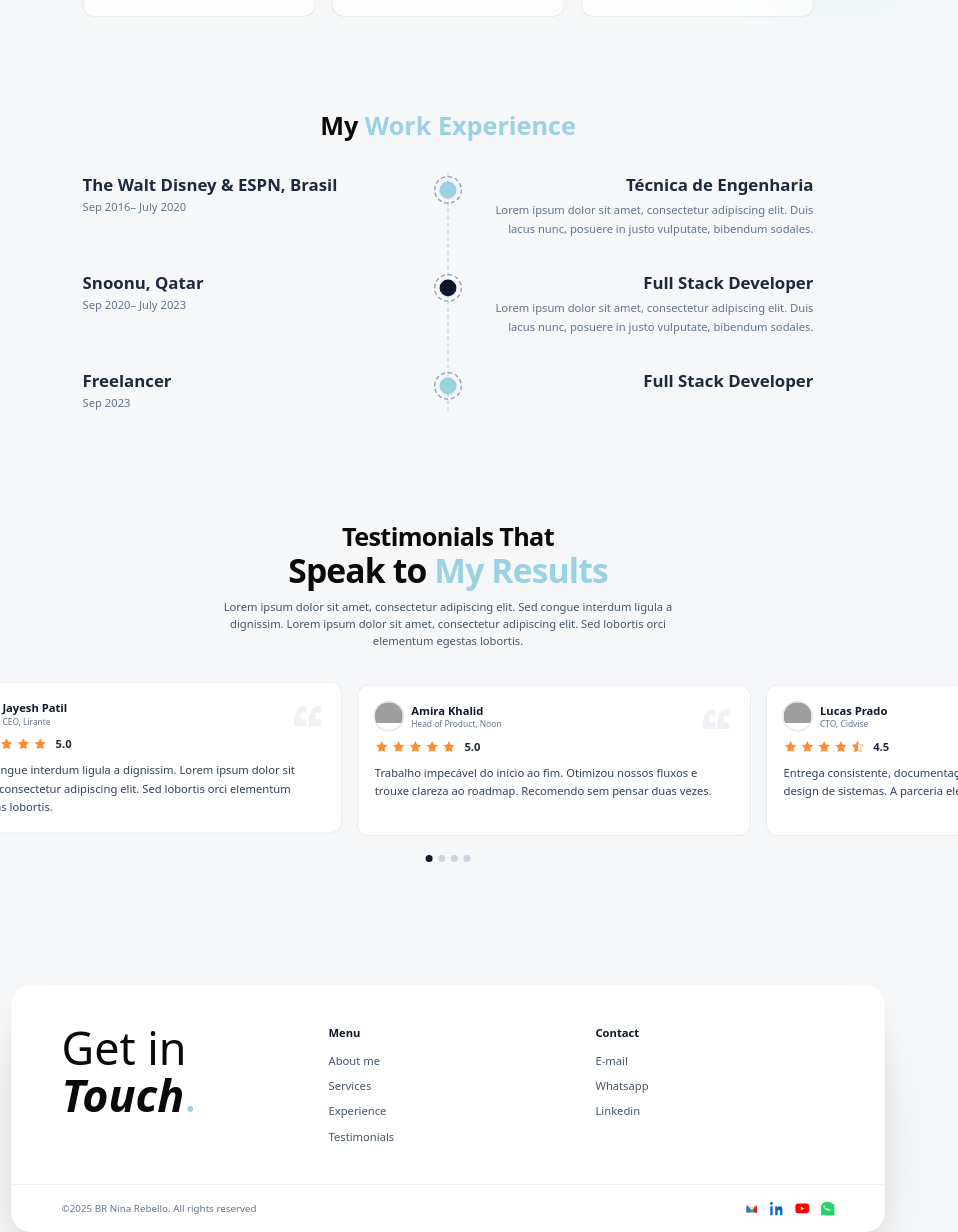
Repository: nina-rebello/portfolio
Page: /
These files come from the project's save history. The page is drawn as it stood at one moment and after the next save; the edit follows.
The browser window is 1280 px wide. The page is 1368 px wide, so the pictures cover 1368 px, including what lies to the right of the window. The pictures show the part of the page from y = 2026 to 3786 px (the page is 3786 px tall), at 70% of full size.
Pictures or frames that could not be fetched are drawn as grey boxes. The project was rebuilt for these pictures with package versions that can differ from the ones it lists, and the page was loaded fresh each time. Some packages were replaced by stand-ins written for this rebuild. The framework's server and built-in components were replaced by stand-ins that run in the browser. Also part of the build but not shown: next.config.ts.

Above is the page before, as saved 2025-09-11 19:13:10.

After the next save:
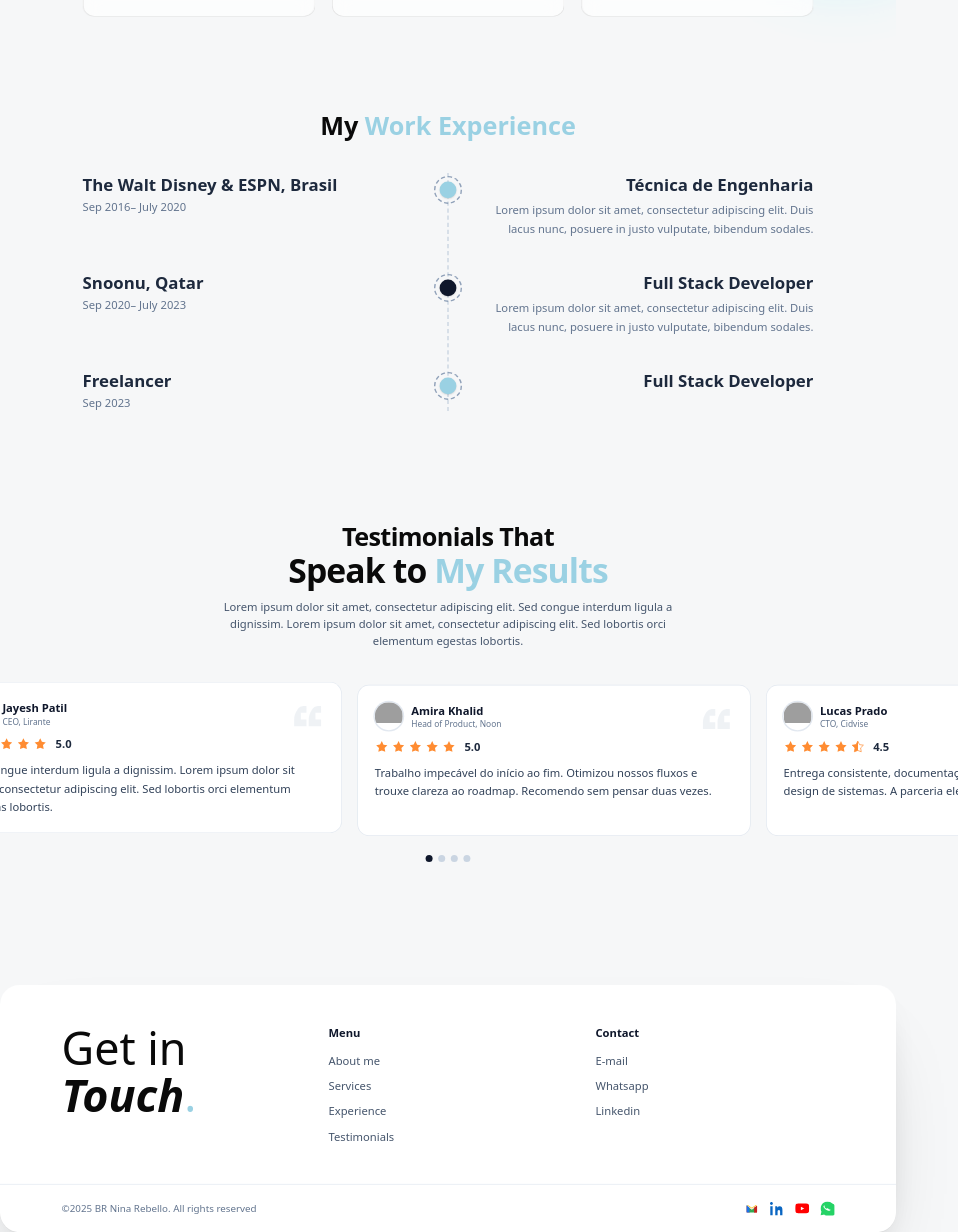
Saved 8 s later.
--- a/components/footer/Footer.tsx
+++ b/components/footer/Footer.tsx
@@ -7,7 +7,7 @@ export default function Footer() {
       <div className="pointer-events-none absolute inset-x-0 -top-24 -z-10 h-48 bg-[radial-gradient(60%_80%_at_50%_100%,rgba(139,213,227,0.35),rgba(139,213,227,0)_60%)]" />
 
       {/* Card principal do footer */}
-      <div className="mx-4 rounded-[28px] bg-white shadow-[0_1px_0_rgba(2,6,23,0.04),0_24px_48px_-24px_rgba(2,6,23,0.18),0_60px_120px_-48px_rgba(2,6,23,0.22)]">
+      <div className="rounded-[28px] bg-white shadow-[0_1px_0_rgba(2,6,23,0.04),0_24px_48px_-24px_rgba(2,6,23,0.18),0_60px_120px_-48px_rgba(2,6,23,0.22)]">
         <div className="mx-auto grid max-w-6xl grid-cols-1 gap-10 px-6 py-14 md:grid-cols-3">
           {/* Left: Título grande */}
           <div>
